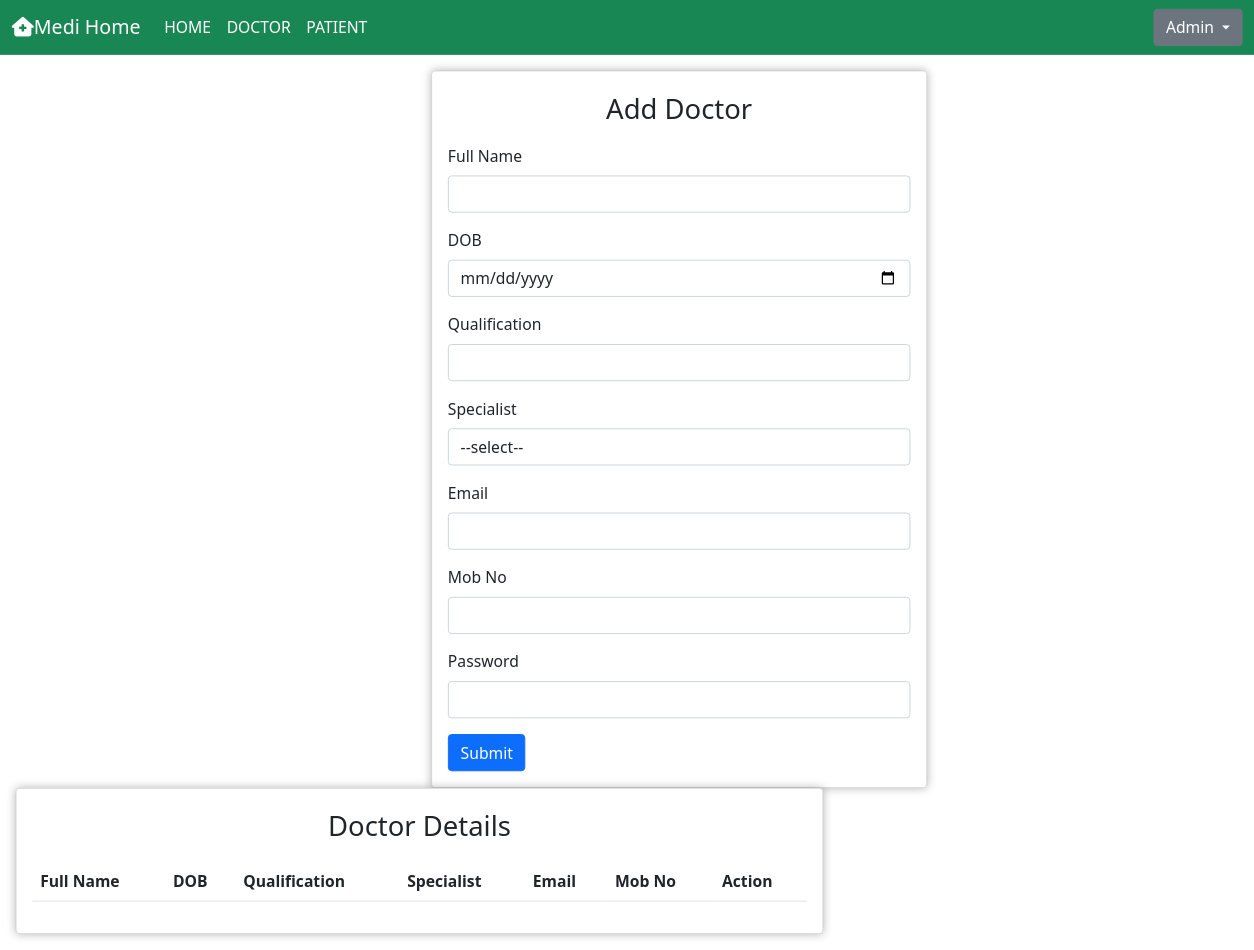
Repository: saubhagyagpt/Medi_care
Page: http://localhost/medi_care/admin/AdminDoctor.jsp
An editor plug-in stored every save of this project. The page is shown before and after the next save, followed by the edit.
The browser window is 1280 px wide. The pictures show the whole page, at 98% of full size.
Some web libraries are served in a nearby version. The page is served by Tomcat 9. Other server files are loaded and not shown.

Above is the page before, as saved 2022-07-10 08:59:40.

### medi_care/src/main/webapp/admin/AdminDoctor.jsp
<%@ page language="java" contentType="text/html; charset=ISO-8859-1"
	pageEncoding="ISO-8859-1"%>
<%@ taglib prefix="c" uri="http://java.sun.com/jsp/jstl/core"%>
<%@page isELIgnored="false"%>
<!DOCTYPE html>
<html>
<head>
<meta charset="ISO-8859-1">
<title>Insert title here</title>
<%@include file="../component/css.jsp"%>
<style type="text/css">
.paint-card {
	box-shadow: 0 0 10px 0 rgba(0, 0, 0, 0.3);
}
</style>
</head>
<body>
	<%@include file="AdminNavbar.jsp"%>
	<div class="container-fluid p-3">
		<div class="row">

			<div class="col-md-5 offset-md-4">
				<div class="card paint-card">
					<div class="card-body">
						<p class="fs-3 text-center">Add Doctor</p>
						<c:if test="${not empty errorMsg}">
							<p class="fs-3 text-center text-danger">${errorMsg}</p>
							<c:remove var="errorMsg" scope="session" />
						</c:if>
						<c:if test="${not empty succMsg}">
							<div class="fs-3 text-center text-success" role="alert">${succMsg}</div>
							<c:remove var="succMsg" scope="session" />
						</c:if>
						<form action="../addDoctor" method="post">
							<div class="mb-3">
								<label class="form-label">Full Name</label> <input type="text"
									required name="fullname" class="form-control">
							</div>

							<div class="mb-3">
								<label class="form-label">DOB</label> <input type="date"
									required name="dob" class="form-control">
							</div>

							<div class="mb-3">
								<label class="form-label">Qualification</label> <input required
									name="qualification" type="text" class="form-control">
							</div>
							<div class="mb-3">
								<label class="form-label">Specialist</label> <select name="spec"
									required class="form-control">
									<option>--select--</option>
									<option>o1</option>
									<option>o2</option>
									<option>o3</option>


								</select>
							</div>

							<div class="mb-3">
								<label class="form-label">Email</label> <input type="text"
									required name="email" class="form-control">
							</div>

							<div class="mb-3">
								<label class="form-label">Mob No</label> <input type="text"
									required name="mobno" class="form-control">
							</div>

							<div class="mb-3">
								<label class="form-label">Password</label> <input required
									name="password" type="password" class="form-control">
							</div>

							<button type="submit" class="btn btn-primary">Submit</button>
						</form>
					</div>
				</div>
			</div>

			<div class="col-md-8">
				<div class="card paint-card">
					<div class="card-body">
						<p class="fs-3 text-center">Doctor Details</p>
						<table class="table">
							<thead>
								<tr>
									<th scope="col">Full Name</th>
									<th scope="col">DOB</th>
									<th scope="col">Qualification</th>
									<th scope="col">Specialist</th>
									<th scope="col">Email</th>
									<th scope="col">Mob No</th>
									<th scope="col">Action</th>
								</tr>
							</thead>
						</table>
					</div>
				</div>
			</div>
		</div>
	</div>
</body>
</html>

### medi_care/src/main/webapp/component/css.jsp
<link
	href="https://cdn.jsdelivr.net/npm/bootstrap@5.0.2/dist/css/bootstrap.min.css"
	rel="stylesheet"
	integrity="sha384-EVSTQN3/azprG1Anm3QDgpJLIm9Nao0Yz1ztcQTwFspd3yD65VohhpuuCOmLASjC"
	crossorigin="anonymous">

<link rel="stylesheet"
	href="https://cdnjs.cloudflare.com/ajax/libs/font-awesome/6.1.1/css/all.min.css"
	integrity="sha512-KfkfwYDsLkIlwQp6LFnl8zNdLGxu9YAA1QvwINks4PhcElQSvqcyVLLD9aMhXd13uQjoXtEKNosOWaZqXgel0g=="
	crossorigin="anonymous" referrerpolicy="no-referrer" />
<script
		src="https://cdn.jsdelivr.net/npm/bootstrap@5.0.2/dist/js/bootstrap.bundle.min.js"
		integrity="sha384-MrcW6ZMFYlzcLA8Nl+NtUVF0sA7MsXsP1UyJoMp4YLEuNSfAP+JcXn/tWtIaxVXM"
		crossorigin="anonymous"></script>

### medi_care/src/main/webapp/admin/AdminNavbar.jsp
<nav class="navbar navbar-expand-lg navbar-dark bg-success">
  <div class="container-fluid">
    <a class="navbar-brand" href="index.jsp"><i class="fa-solid fa-house-medical"></i>Medi Home</a>
    <button class="navbar-toggler" type="button" data-bs-toggle="collapse" data-bs-target="#navbarSupportedContent" aria-controls="navbarSupportedContent" aria-expanded="false" aria-label="Toggle navigation">
      <span class="navbar-toggler-icon"></span>
    </button>
    <div class="collapse navbar-collapse" id="navbarSupportedContent">
      <ul class="navbar-nav me-auto mb-2 mb-lg-0">
        <li class="nav-item">
          <a class="nav-link active" aria-current="page" href="admin_login.jsp">HOME</a>
        </li>
        <li class="nav-item">
          <a class="nav-link active" aria-current="page" href="AdminDoctor.jsp">DOCTOR</a>
        </li>
        <li class="nav-item">
          <a class="nav-link active" aria-current="page" href="#">PATIENT</a>
        </li>


      </ul>
      <form class="d-flex">
      <div class="dropdown">
  <button class="btn btn-secondary dropdown-toggle" type="button" id="dropdownMenuButton1" data-bs-toggle="dropdown" aria-expanded="false">
    Admin
  </button>
  <ul class="dropdown-menu" aria-labelledby="dropdownMenuButton1">
    <li><a class="dropdown-item" href="../AdminLogout">Logout</a></li>

  </ul>
</div>
      </form>

    </div>
  </div>
</nav>

After the next save:
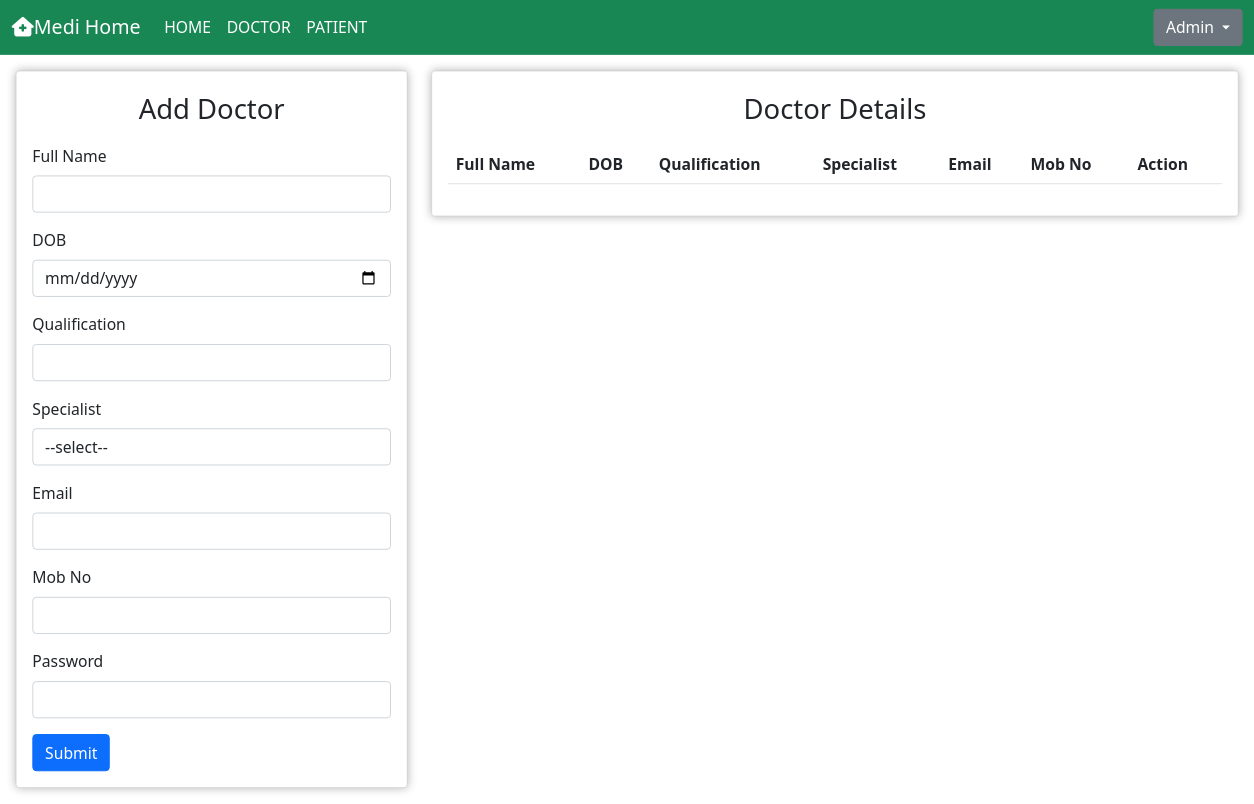
Saved 70 s later.
--- a/medi_care/src/main/webapp/admin/AdminDoctor.jsp
+++ b/medi_care/src/main/webapp/admin/AdminDoctor.jsp
@@ -19,7 +19,7 @@
 	<div class="container-fluid p-3">
 		<div class="row">
 
-			<div class="col-md-5 offset-md-4">
+			<div class="col-md-4">
 				<div class="card paint-card">
 					<div class="card-body">
 						<p class="fs-3 text-center">Add Doctor</p>
